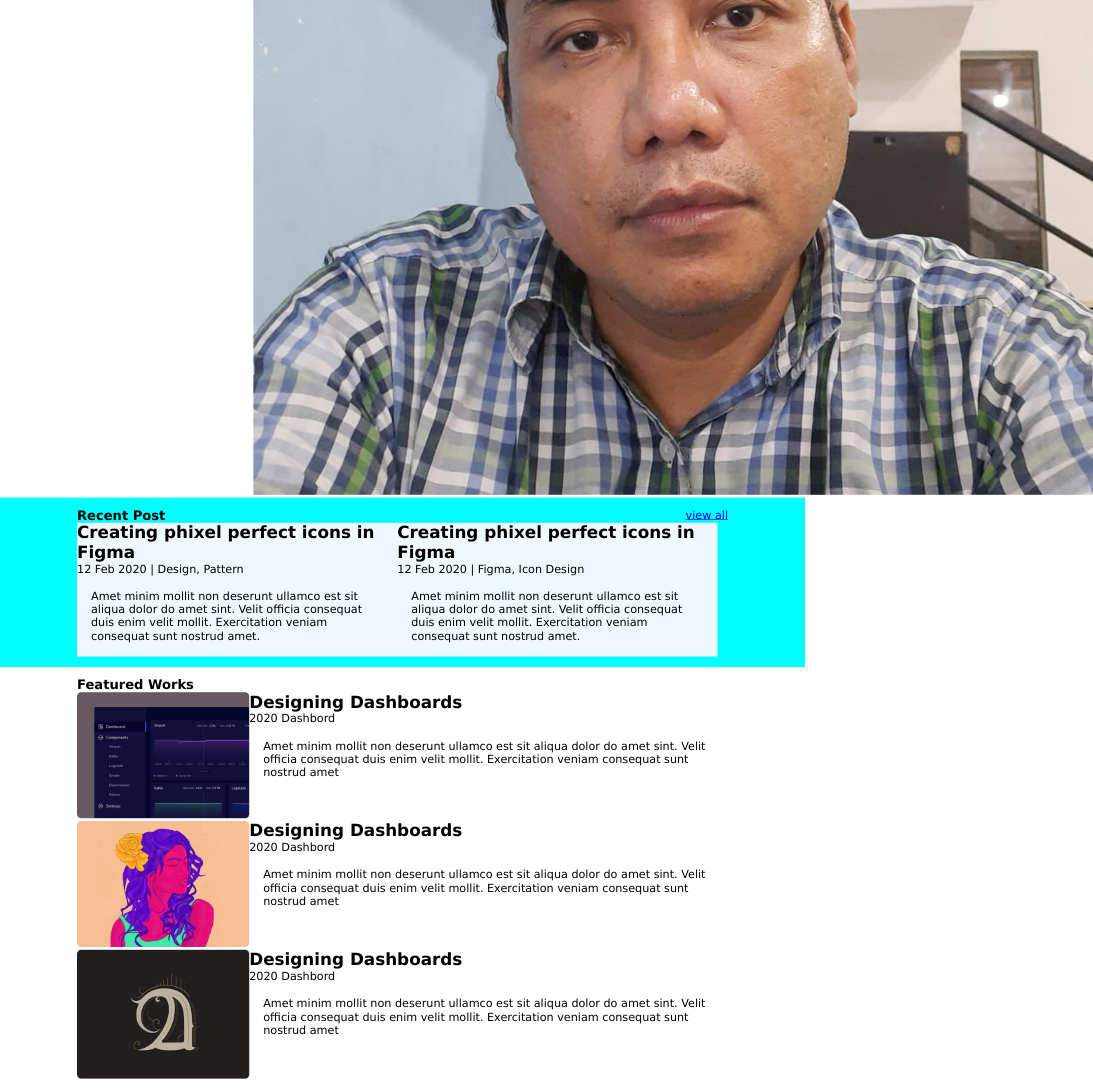
Repository: jafetdn73/portofolio
Page: index.html
An editor plug-in stored every save of this project. The page is shown before and after the next save, followed by the edit.
The browser window is 1280 px wide. The page is 1562 px wide, so the pictures cover 1562 px, including what lies to the right of the window. The pictures show the part of the page from y = 687 to 2247 px (the page is 2247 px tall), at 70% of full size.

Above is the page before, as saved 2022-02-23 09:10:25.

### index.html
<!DOCTYPE html>
<html lang="en">
<head>
    <meta charset="UTF-8">
    <meta http-equiv="X-UA-Compatible" content="IE=edge">
    <meta name="viewport" content="width=device-width, initial-scale=1.0">
    <link rel="stylesheet" href="figma.css">
    <title>Belajar HTML CSS</title>
</head>
<body>
    <div class="container">
        <!-- Start Menu Bar -->
        <div class="menu-bar">
            <ul>
                <li>
                    Work
                </li>
                <li>
                    Blog
                </li>
                <li>
                    Contact
                </li>
            </ul>
        </div>
        <!-- Starr Hero -->
        <div class="hero">
            <div class="hero-text">
                <h1>Hi, I am Jafet,<br/>
                    Fullstack Engineer
                </h1>
                <p>
                    Amet minim mollit non deserunt ullamco est sit aliqua dolor do amet sint. Velit officia consequat duis enim velit mollit. Exercitation veniam consequat sunt nostrud amet.
                </p>
                <button>Download Resume</button>
            </div>
            <div class="hero-image">
                <img src="jafet.png"/>
            </div>
        </div>
        <!-- Start Post -->
        <div class="post">
            <div class="post-navi">
                <h3>Recent Post</h3>
                <a href="http://detik.com">view all</a>
            </div>
            <div class="post-content">
                <div class="post-content-detail">
                    <h2>Creating phixel perfect icons in Figma</h2>
                    <label>12 Feb 2020</label>
                    <label>|</label>
                    <label>Design, Pattern</label>
                    <p>
                        Amet minim mollit non deserunt ullamco est sit aliqua dolor do amet sint. Velit officia consequat duis enim velit mollit. Exercitation veniam consequat sunt nostrud amet.
                    </p>
                </div>
                <div class="post-content-detail">
                    <h2>Creating phixel perfect icons in Figma</h2>
                    <label>12 Feb 2020</label>
                    <label>|</label>
                    <label>Figma, Icon Design</label>
                    <p>
                        Amet minim mollit non deserunt ullamco est sit aliqua dolor do amet sint. Velit officia consequat duis enim velit mollit. Exercitation veniam consequat sunt nostrud amet.
                    </p>
                </div>
            </div>
        </div>
        <!-- Start Featured -->
        <div class="featured">
            <h3>Featured Works</h3>
            <div class="featured-detail">
                <div class="featured-image">
                    <img src="Rectangle 30.png"/>
                </div>
                <div class="featured-text">
                    <h2>Designing Dashboards</h2>
                    <label>2020</label>
                    <label>Dashbord</label>
                    <p>
                        Amet minim mollit non deserunt ullamco est sit aliqua dolor do amet sint. Velit officia consequat duis enim velit mollit. Exercitation veniam consequat sunt nostrud amet
                    </p>
                </div>
            </div>
            <div class="featured-detail">
                <div class="featured-image">
                    <img src="Rectangle 32.png"/>
                </div>
                <div class="featured-text">
                    <h2>Designing Dashboards</h2>
                    <label>2020</label>
                    <label>Dashbord</label>
                    <p>
                        Amet minim mollit non deserunt ullamco est sit aliqua dolor do amet sint. Velit officia consequat duis enim velit mollit. Exercitation veniam consequat sunt nostrud amet
                    </p>
                </div>
            </div>
            <div class="featured-detail">
                <div class="featured-image">
                    <img src="Rectangle 34.png"/>
                </div>
                <div class="featured-text">
                    <h2>Designing Dashboards</h2>
                    <label>2020</label>
                    <label>Dashbord</label>
                    <p>
                        Amet minim mollit non deserunt ullamco est sit aliqua dolor do amet sint. Velit officia consequat duis enim velit mollit. Exercitation veniam consequat sunt nostrud amet
                    </p>
                </div>
            </div>
        </div>
    </div>
</body>
</html>

### figma.css
* {
    margin: 0;
    font-family:Verdana, Geneva, Tahoma, sans-serif;
}
.container {
    width: 1150px;
}

.menu-bar {
    display: flex;
    justify-content: flex-end;
    margin-top: 20px;
}

.menu-bar ul li {
    display: inline;
    margin-right: 30px;
    font-size: 20px;
}

/* Start Hero */
.hero {
    display: flex;
    justify-content: space-around;
    margin-top: 150px;
    padding: 0 100px;
}

.hero-text {
    width: 450px;
}

.hero-text h1 {
    font-size: 44px;
    font-weight: 400px;
}

.hero-text p {
    font-size: 16px;
}

.hero-text h1, p, button
{
    margin: 20px;
}

.hero-text button {
    background-color: #FF6464;
    border-style: none;
    padding: 15px;
    font-size: 20px;
    color: white;
}

/* Start Post */
.post {
    background-color:aqua;
    padding:15px 110px;
}

.post-navi {
    display :flex;
    justify-content:space-between ;
}

.post-content {
    background-color: aliceblue;
    display: flex;
    margin-right:15px;
}

/* Start Featured */
.featured {
    padding :15px 110px;
    gap:15px;
}

.featured-detail {
    display:flex;
}

After the next save:
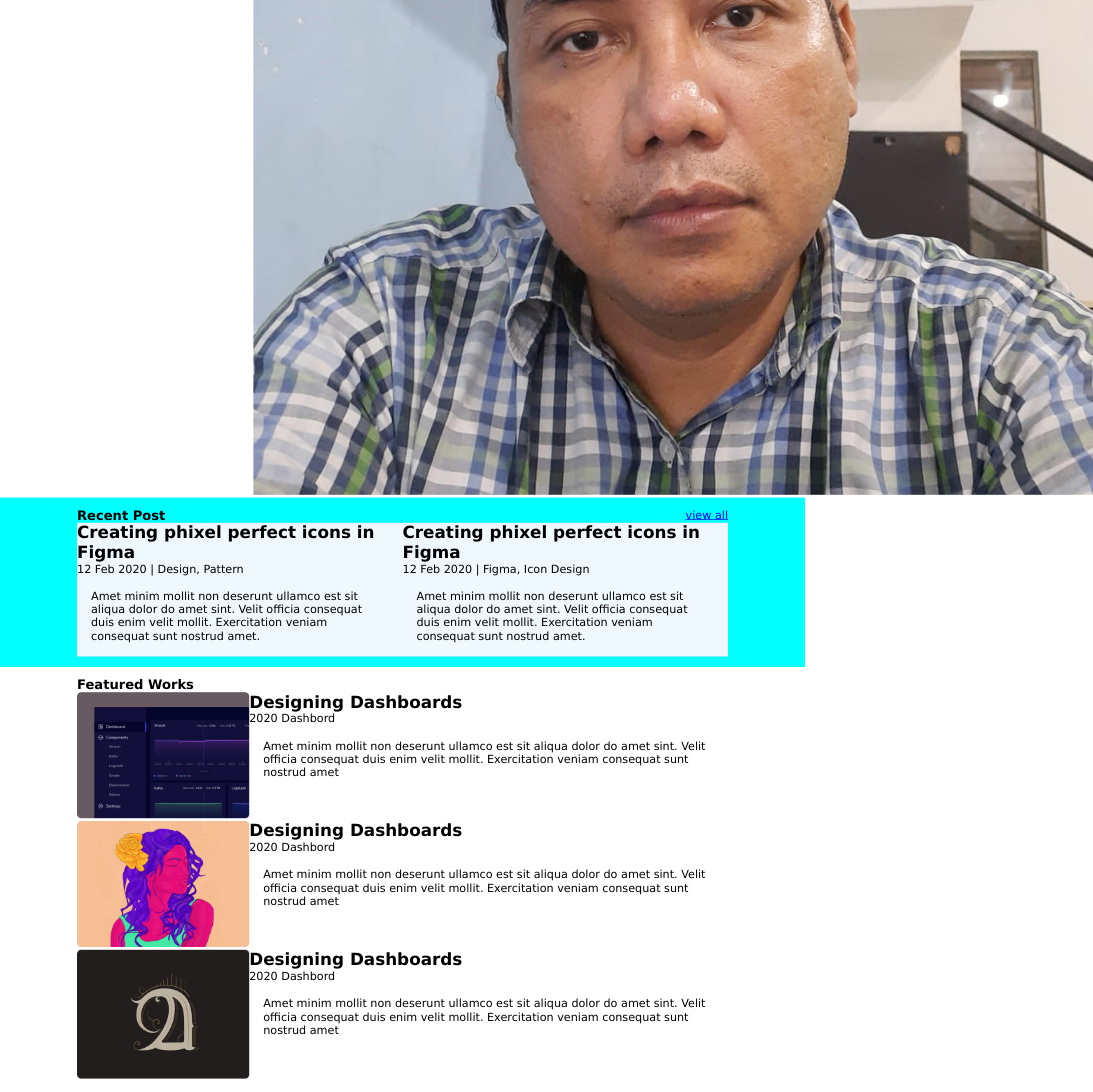
Saved 63 s later.
--- a/figma.css
+++ b/figma.css
@@ -66,7 +66,10 @@
 .post-content {
     background-color: aliceblue;
     display: flex;
-    margin-right:15px;
+}
+
+.post-content-detail {
+margin-right: 15px;
 }
 
 /* Start Featured */
